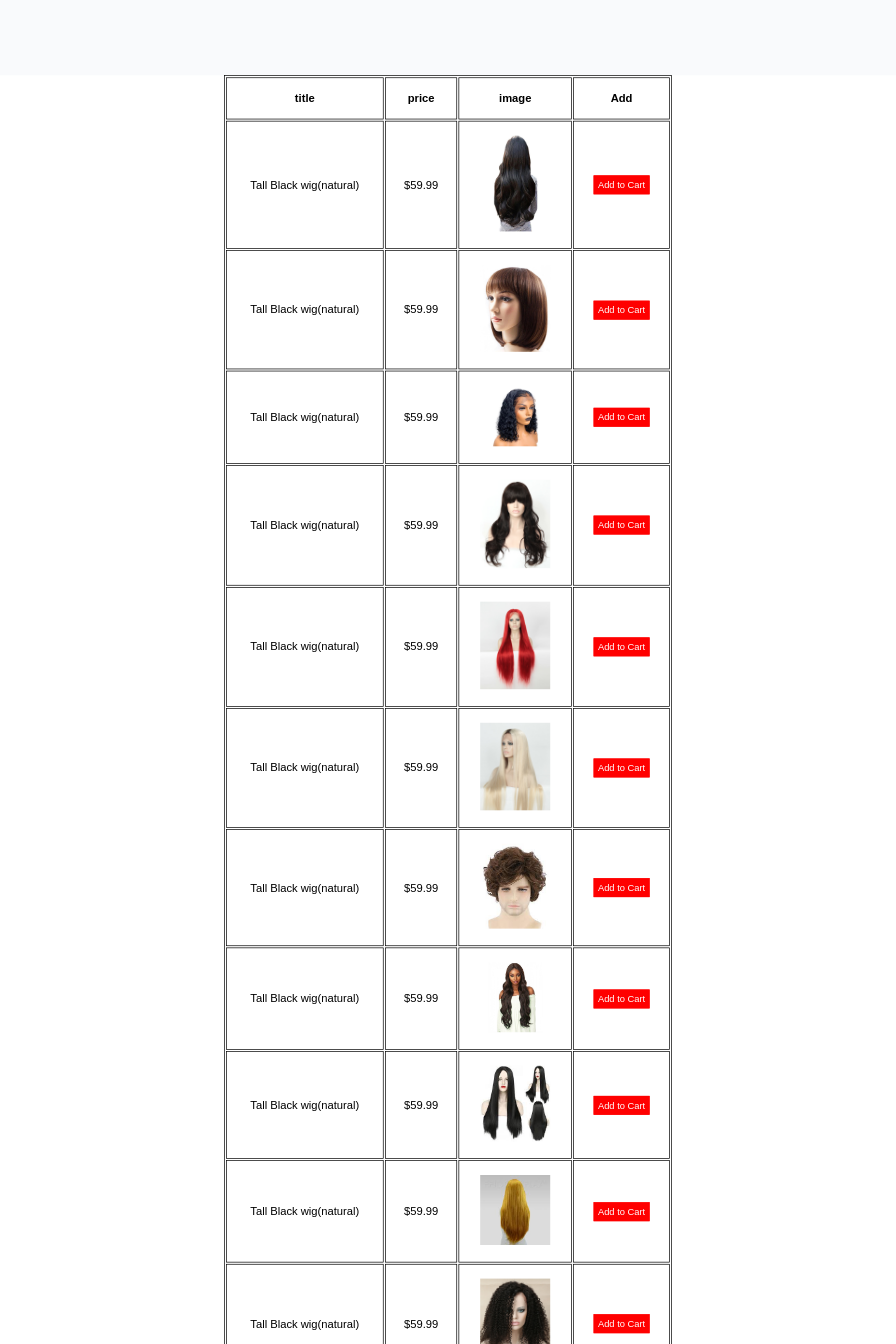
Repository: Zzero202/Zzero202
Page: index.html
These files come from the project's save history. The page is drawn as it stood at one moment and after the next save; the edit follows.
The browser window is 1280 px wide. The pictures show the part of the page from y = 2822 to 4742 px (the page is 5025 px tall), at 70% of full size.
A picture or video elsewhere on the page could not be fetched, so the positions and the page height are approximate.

Above is the page before, as saved 2021-12-09 01:52:11.

After the next save:
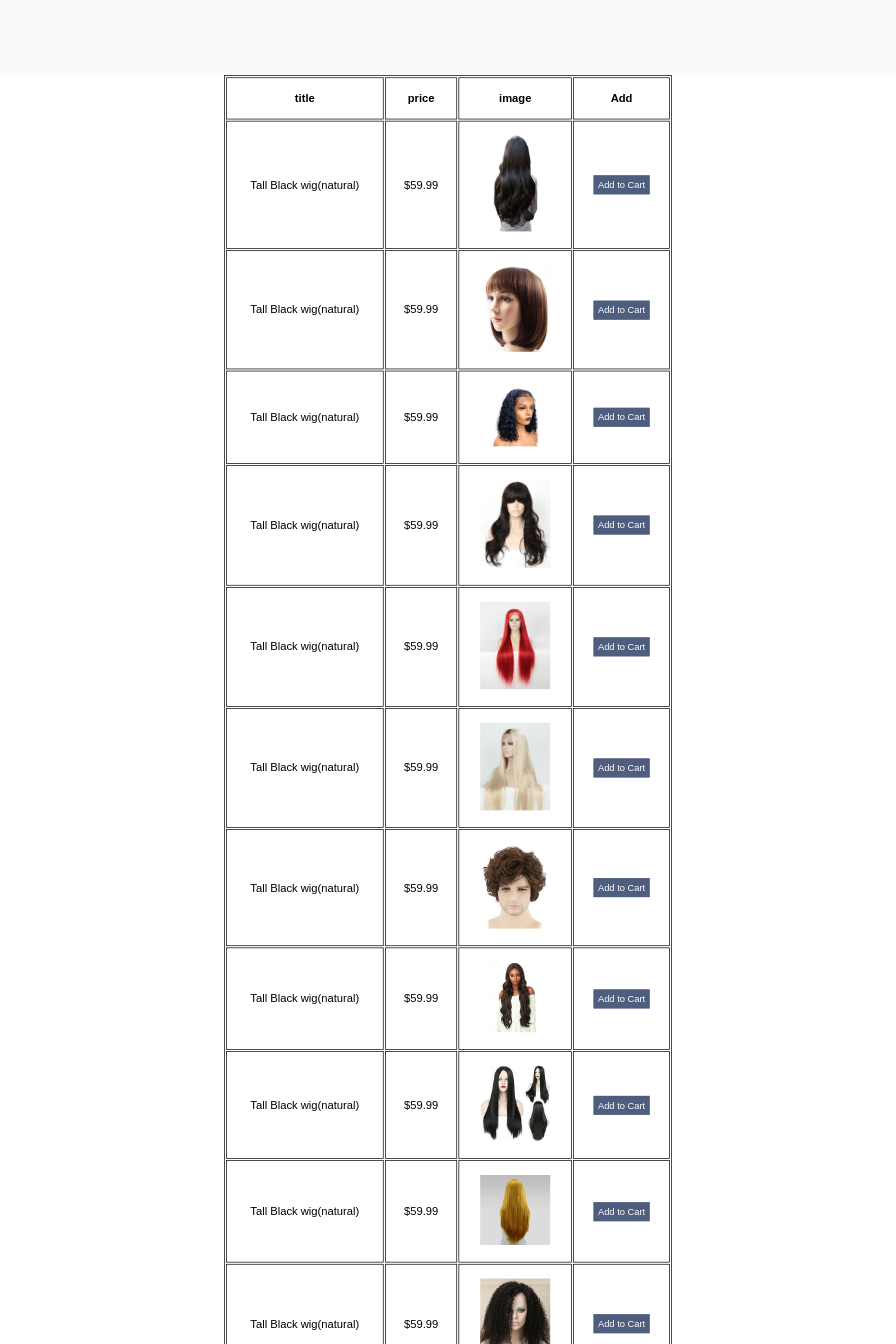
Saved 17 s later.
--- a/index.html
+++ b/index.html
@@ -717,8 +717,8 @@ footer a {
     padding:20px;
   }
   table tr td button{
-    border:1px solid red;
-    background: red;
+    border:1px solid #4f5d7e;
+    background:#4f5d7e;
     padding:5px;
     color:#fff;
 
